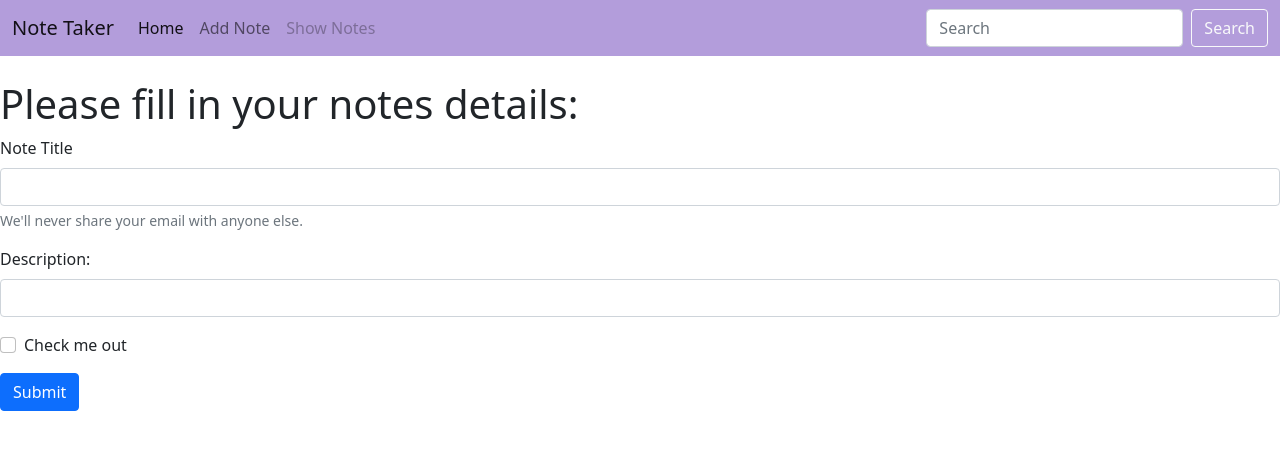
Repository: Tanmoy4672/Hibernate
Page: http://localhost/NoteTaker/add_notes.jsp
An editor plug-in stored every save of this project. The page is shown before and after the next save, followed by the edit.
The browser window is 1280 px wide. The pictures show the whole page.
The page is served by Tomcat 9.

Above is the page before, as saved 2021-12-16 06:07:22.

After the next save:
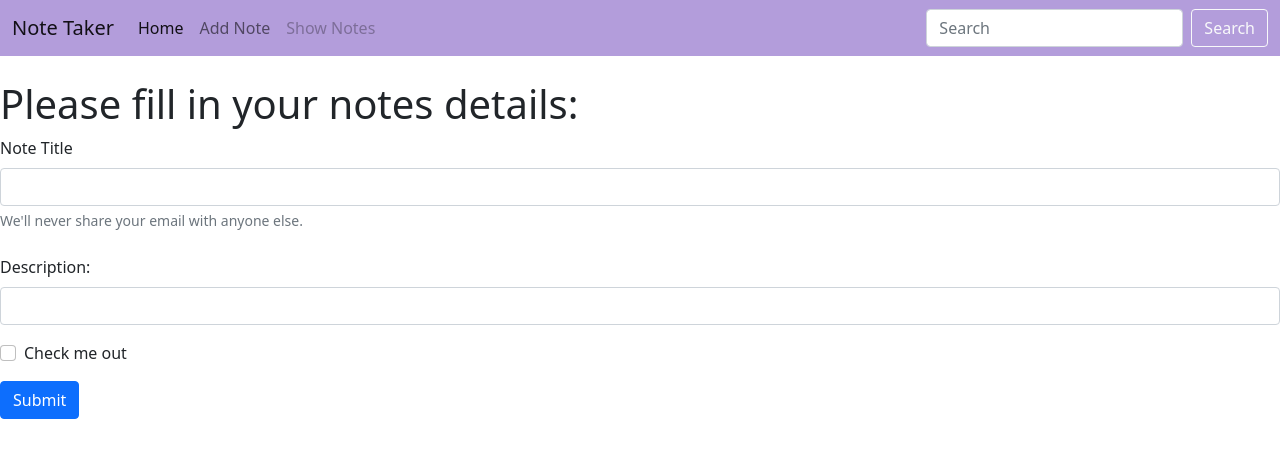
Saved 5 min 13 s later.
--- a/NoteTaker/src/main/webapp/add_notes.jsp
+++ b/NoteTaker/src/main/webapp/add_notes.jsp
@@ -17,7 +17,7 @@
 <h1>Please fill in your notes details:</h1>
 	<!-- This is add notes form -->
 	<form action="SaveNoteServlet" method="POST">
-		<div class="mb-3">
+		<div class="mb-4">
 			<label for="exampleInputEmail1" class="form-label">Note Title</label>
 			 <input type="text" class="form-control"
 				id="exampleInputEmail1" aria-describedby="emailHelp">
